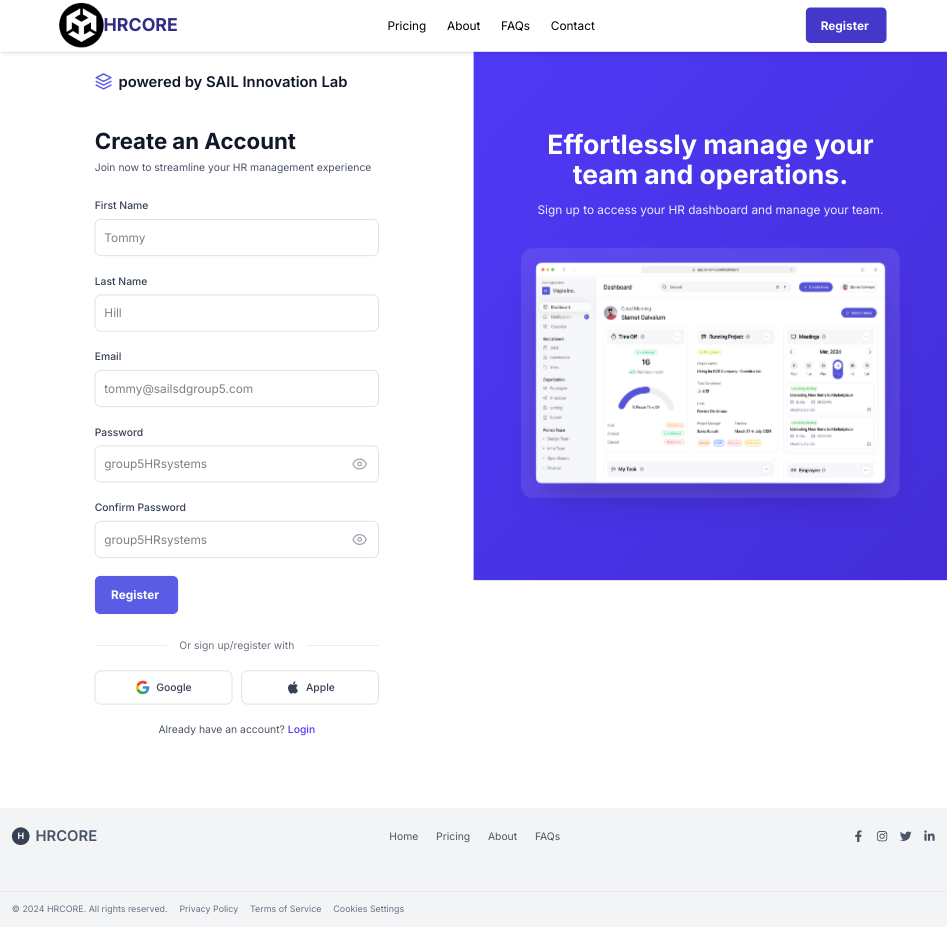
Repository: SAIL-GROUP-5-HR-WEB-APP/HR-WEB
Page: /signup
An editor plug-in stored every save of this project. The page is shown before and after the next save, followed by the edit.
The browser window is 1280 px wide. The pictures show the whole page, at 74% of full size.
The project was rebuilt for these pictures with package versions that can differ from the ones it lists, and the page was loaded fresh each time. Also part of the build but not shown: vite.config.ts, src/Components/Block/home/Hero.tsx, src/Components/Block/home/Companies.tsx, src/Components/Block/home/Body.tsx, src/Components/Block/home/HowItWorks.tsx, src/Components/Block/home/HowOne.tsx, src/Components/Block/home/HowTwo.tsx, src/Components/Block/home/Testimonial.tsx and 8 more.

Above is the page before, as saved 2025-08-11 09:25:03.

After the next save:
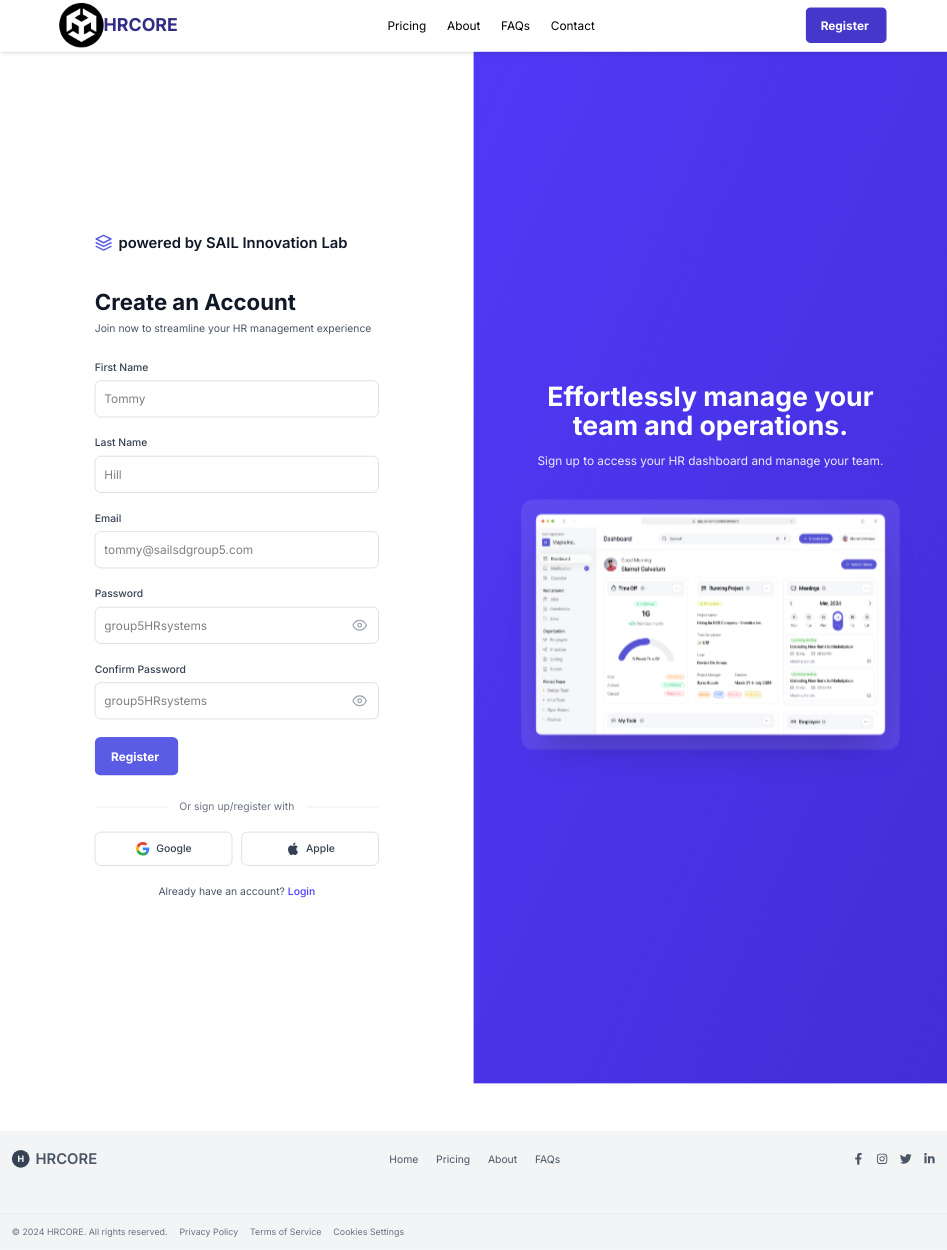
Saved 11 s later.
--- a/src/Pages/SignupPage.tsx
+++ b/src/Pages/SignupPage.tsx
@@ -299,7 +299,7 @@ const SignupPage: React.FC = () => {
       </div>
 
       {/* Image Section */}
-      <div className="lg:w-1/2 w-full bg-gradient-to-br from-indigo-600 to-indigo-700 flex items-center justify-center p-10 h-180 min-h-screen">
+      <div className="lg:w-1/2 w-full bg-gradient-to-br from-indigo-600 to-indigo-700 flex items-center justify-center p-10 h-350 min-h-screen">
         <div className="text-center text-white max-w-lg w-full">
           <h2 className="text-3xl font-bold mb-4 lg:text-4xl">
             Effortlessly manage your team and operations.
